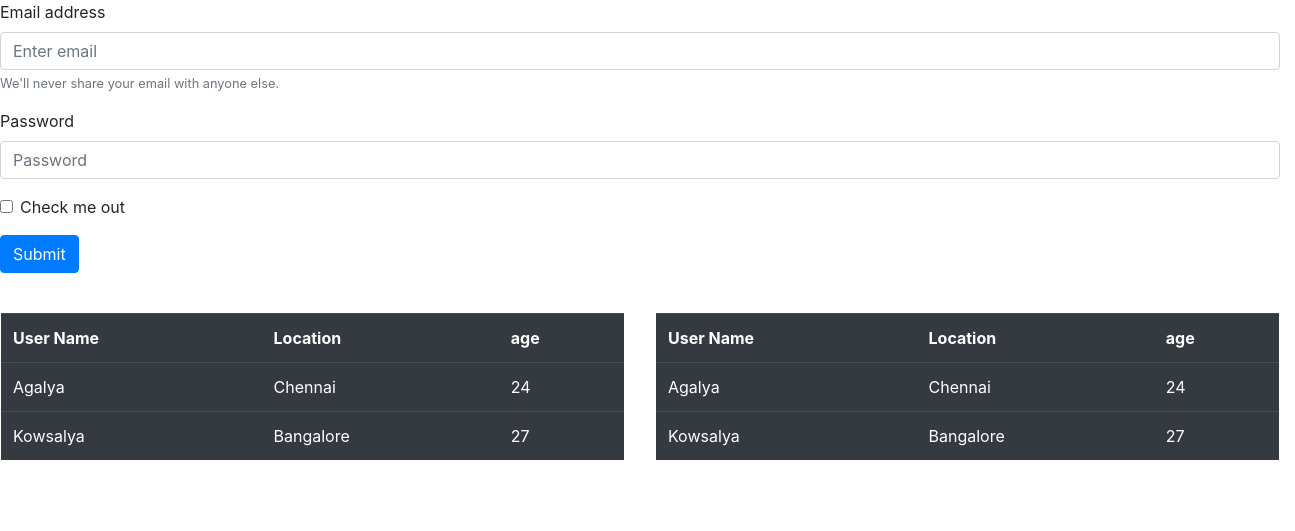
Repository: rajeshkannane/java1
Page: Form/public/index.html
These files come from the project's save history. The page is drawn as it stood at one moment and after the next save; the edit follows.
The browser window is 1280 px wide. The page is 1295 px wide, so the pictures cover 1295 px, including what lies to the right of the window. The pictures show the whole page.

Above is the page before, as saved 2022-11-14 16:50:43.

After the next save:
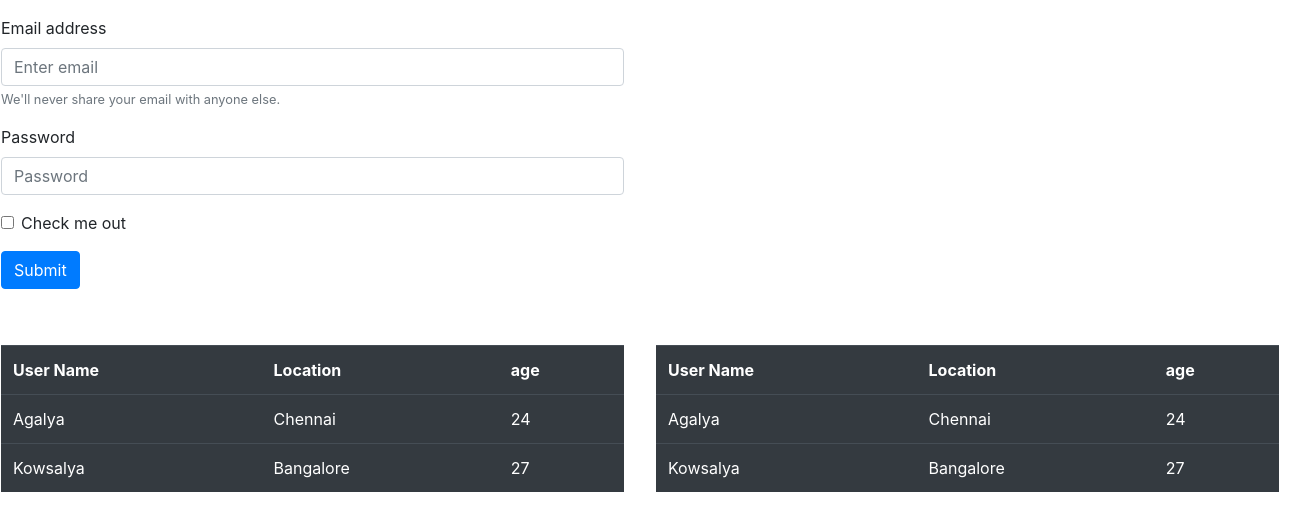
Saved 112 s later.
--- a/Form/public/index.html
+++ b/Form/public/index.html
@@ -8,6 +8,8 @@
 
 
 <body>
+<div class="row">
+<div class="col-sm-6 p-3">
 <form>
   <div class="form-group">
     <label for="exampleInputEmail1">Email address</label>
@@ -24,6 +26,9 @@
   </div>
   <button type="submit" class="btn btn-primary">Submit</button>
 </form>
+</div>
+</div>
+
 <br>
 <div class="row">
 <div class="col-sm-6 p-3" >
